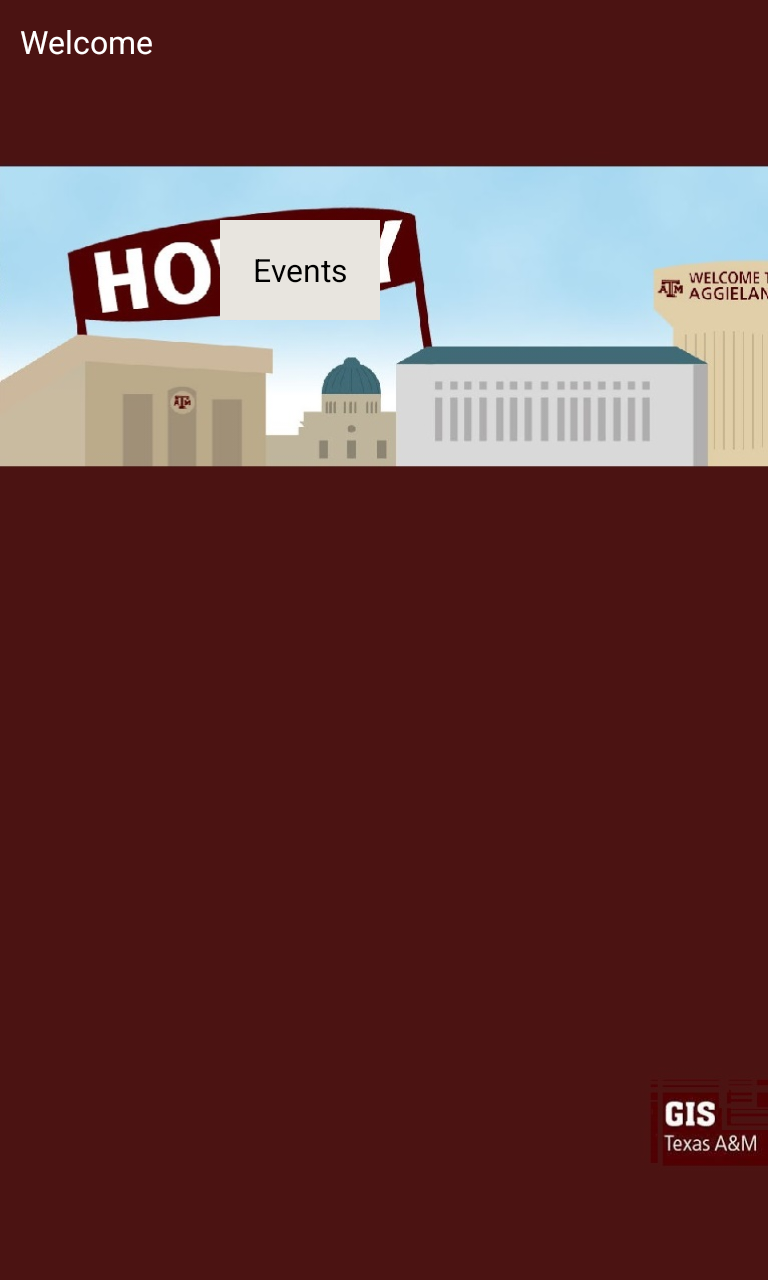
Repository: jannelg92/ANDROIDAPP
Layout: GEOINNOVATION/TAMUgis-dayEvents/res/layout/main_home.xml
These files come from the project's save history. The layout is drawn as it stood at one moment and after the next save; the edit follows.
It is drawn on a 768 x 1280 px phone screen (xhdpi) without system bars, with theme AppTheme; the app's code is not run. Lists and similar views that code fills are empty.

Above is the layout before, as saved 2014-04-19 00:46:52.

After the next save:
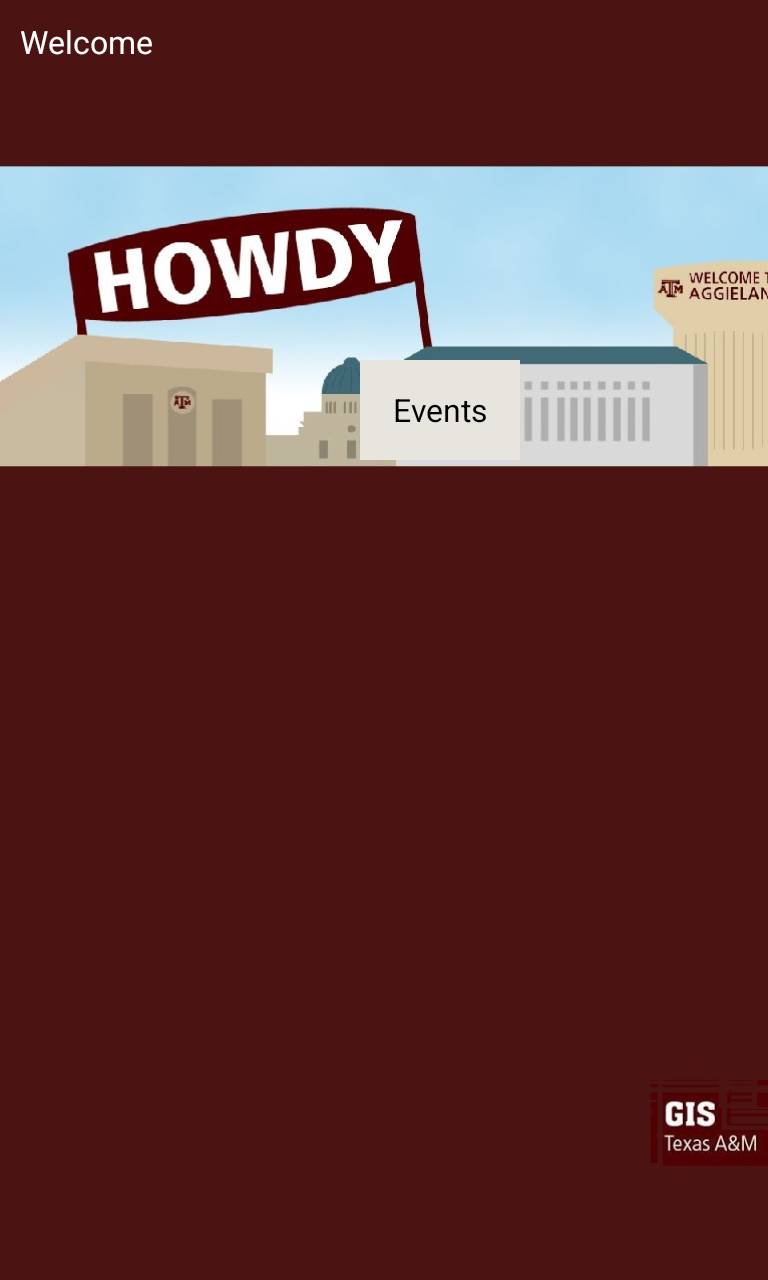
Saved 13 s later.
--- a/GEOINNOVATION/TAMUgis-dayEvents/res/layout/main_home.xml
+++ b/GEOINNOVATION/TAMUgis-dayEvents/res/layout/main_home.xml
@@ -31,7 +31,7 @@
         android:id="@+id/event_b"
         android:layout_width="80dp"
         android:layout_height="50dp"
-        android:layout_margin="100dp"
+        android:layout_margin="170dp"
         android:layout_marginBottom="50dp"
         android:align_parentBottom=""
         android:background="#E8E5DF"
